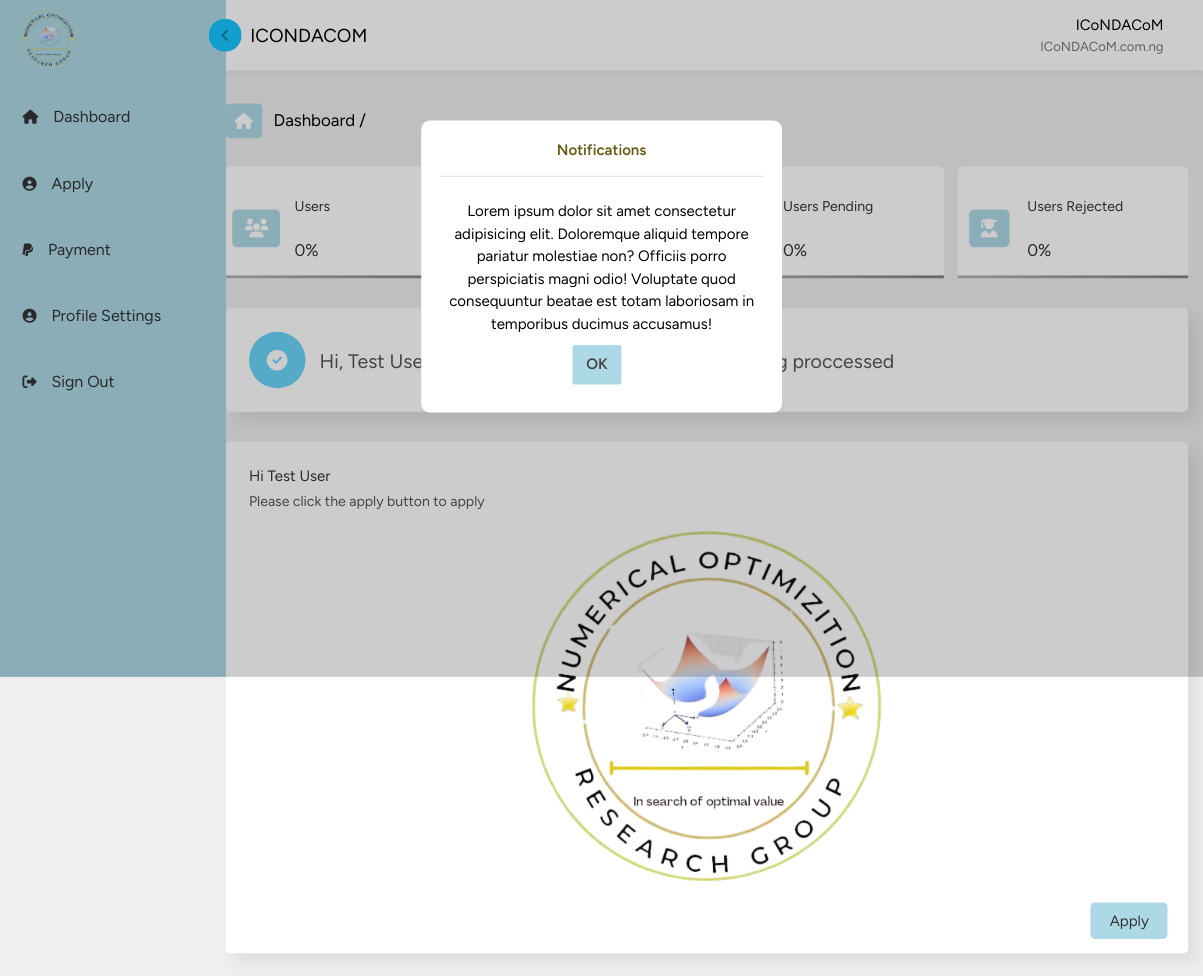
Repository: mrcode-gmb/aa-lectturn
Page: http://localhost/dashboard
The author's editor kept a copy of each file at every save. The page is drawn from the files as they stood at one save, then again after the next save.
The browser window is 1280 px wide. The pictures show the whole page, at 94% of full size.
The page is served by the project's Laravel application, run on PHP 8.4 with Laravel 10. A made-up administrator, Test User (test@example.com), is signed in. Other server files are loaded and not shown. Queries for data that is not in the repository find no rows.

Above is the page before, as saved 2025-02-07 10:19:00.
Console error: SyntaxError: Unexpected token ')'

### routes/web.php
<?php

use App\Models\User;
use Illuminate\Support\Facades\Mail;
use Illuminate\Support\Facades\Route;
use App\Http\Controllers\ProfileController;
use App\Http\Controllers\ApplyCompetationController;

/*
|--------------------------------------------------------------------------
| Web Routes
|--------------------------------------------------------------------------
|
| Here is where you can register web routes for your application. These
| routes are loaded by the RouteServiceProvider and all of them will
| be assigned to the "web" middleware group. Make something great!
|
*/

Route::get('/', function () {
    return view('welcome');
});

Route::get('/dashboard', function () {
    return view('dashboard',
    [
        "allUsers" => User::where("role",2)->count(),
        "allPendingUsers" => User::where("status",1)->count(),
        "allApprovedUsers" => User::where("status",2)->count(),
        "allRejectedUsers" => User::where("status",3)->count(),
    ]);
})->middleware(['auth', 'verified'])->name('dashboard');

Route::middleware('auth')->group(function () {
    Route::get('/profile', [ProfileController::class, 'edit'])->name('profile.edit');
    Route::patch('/profile', [ProfileController::class, 'update'])->name('profile.update');
    Route::delete('/profile', [ProfileController::class, 'destroy'])->name('profile.destroy');

    Route::controller(ApplyCompetationController::class)->group(function () {
        Route::get("/apply", "index")->name("apply");
        Route::get("/users/applied", "showAppliedUsers")->name("apply.showAppliedUsers");
        Route::get("/users/payment/histories", "showPaymentHistories")->name("apply.showPaymentHistories");
        Route::get("/users/all", "showAlldUsers")->name("all.showAppliedUsers");
        Route::post("apply/store", "store")->name("apply.store");
        Route::post("apply/update", "update")->name("apply.update");
        Route::post("apply/payment-status", "paymentStatus")->name("apply.paymentStatus");
        Route::get("/payment/user", "userPayment")->name("userPayment");
        Route::post("/payment/payment", "userPaymentPayment")->name("userPaymentPayment");
    });
});

require __DIR__ . '/auth.php';

### app/Models/User.php
<?php

namespace App\Models;

// use Illuminate\Contracts\Auth\MustVerifyEmail;
use Illuminate\Database\Eloquent\Factories\HasFactory;
use Illuminate\Foundation\Auth\User as Authenticatable;
use Illuminate\Notifications\Notifiable;
use Laravel\Sanctum\HasApiTokens;

class User extends Authenticatable
{
    use HasApiTokens, HasFactory, Notifiable;

    /**
     * The attributes that are mass assignable.
     *
     * @var array<int, string>
     */
    protected $fillable = [
        'name',
        'email',
        "status",
        'password',
    ];

    /**
     * The attributes that should be hidden for serialization.
     *
     * @var array<int, string>
     */
    protected $hidden = [
        'password',
        'remember_token',
    ];

    /**
     * The attributes that should be cast.
     *
     * @var array<string, string>
     */
    protected $casts = [
        'email_verified_at' => 'datetime',
        'password' => 'hashed',
    ];

    public function userApplied()
    {
        return $this->hasOne(ApplyCompetation::class);
    }
    public function payment()
    {
        return $this->hasOne(Payment::class);
    }
}

### resources/views/dashboard.blade.php
<x-app-layout>
    <div>
        <section id="mainbody">
            <div class="main-body">
                <div class="str">
                    <div class="str-home">
                        <i class="fa fa-home"></i>
                        <div class="db">
                            <h4>Dashboard / &nbsp;</h4>
                            <p></p>
                        </div>
                    </div>
                </div>
                <div>
                    <div class="tabs" id="tabls">
                        <div class="">
                            <div class="container-fluiding">
                                <div class="col-md-3">
                                    <div class="icon-flex">
                                        <div class="left">
                                            <i class="fa fa-users"></i>
                                        </div>
                                        <div class="right">
                                            <h4>Users</h4>
                                            <p class="percent" id="percent">0%</p>
                                        </div>
                                    </div>
                                    <div class="loader">
                                        <div class="shows" id="shows"></div>
                                    </div>
                                </div>
                                <div class="col-md-3">
                                    <div class="icon-flex">
                                        <div class="left">
                                            <i class="fa fa-hand-point-right"></i>
                                        </div>
                                        <div class="right">
                                            <h4>Users Approved</h4>
                                            <p class="percent" id="percent1">0%</p>
                                        </div>
                                    </div>
                                    <div class="loader">
                                        <div class="shows" id="shows1"></div>
                                    </div>
                                </div>
                                <div class="col-md-3">
                                    <div class="icon-flex">
                                        <div class="left">
                                            <i class="fa fa-money-check-alt"></i>
                                        </div>
                                        <div class="right">
                                            <h4>Users Pending</h4>
                                            <p class="percent" id="percent2">0%</p>
                                        </div>
                                    </div>
                                    <div class="loader">
                                        <div class="shows" id="shows2"></div>
                                    </div>
                                </div>
                                <div class="col-md-3">
                                    <div class="icon-flex">
                                        <div class="left">
                                            <i class="fa fa-user-graduate"></i>
                                        </div>
                                        <div class="right">
                                            <h4>Users Rejected</h4>
                                            <p class="percent" id="percent3">0%</p>
                                        </div>
                                    </div>
                                    <div class="loader">
                                        <div class="shows" id="shows3"></div>
                                    </div>
                                </div>
                            </div>
                        </div>
                        <x-auth-session-status class="mb-4" :status="session('status')" />
                        @if (Auth::user()->status != 0)
                            @if (Auth::user()->status == 1)
                                <div class="full-chart">
                                    <div class="chart-title flex-class">
                                        <div class="circle-pending">
                                            <i class="fa fa-check-circle"></i>
                                        </div>
                                        <div class="circle-text">
                                            <p>Hi, {{ Auth::user()->name }}, Congratulation your application is being
                                                proccessed </p>
                                        </div>
                                    </div>
                                </div>
                            @elseif (Auth::user()->status == 2)
                                <div class="full-chart">
                                    <div class="chart-title flex-class">
                                        <div class="circle-success">
                                            <i class="fa fa-check-circle"></i>
                                        </div>
                                        <div class="circle-text">
                                            <p>Hi, {{ Auth::user()->name }}, Congratulation your application has been
                                                approved.
                                            </p>
                                        </div>
                                    </div>
                                </div>
                            @elseif (Auth::user()->status == 3)
                                <div class="full-chart">
                                    <div class="chart-title flex-class">
                                        <div class="circle-rejected">
                                            <i class="fa fa-check-circle"></i>
                                        </div>
                                        <div class="circle-text">
                                            <p>Hi, {{ Auth::user()->name }}, Sorry your application cannot be
                                                considered.
                                            </p>
                                        </div>
                                    </div>
                                </div>
                            @else
                            @endif
                        @endif
                    </div>
                </div>

                @if (Auth::user()->role == 1)
                    <div>
                        <div class="tabs" id="tabls">
                            <div class="full-chart">
                                <div class="chart-title">
                                    <h3>Hi {{ Auth::user()->name }} (Super Admin)</h3>
                                    <p>Please click the manage users button to view, approved, or reject user who apply
                                    </p>
                                </div>
                                <div class="dont-have">
                                    <img src="{{ asset('asset/photos/WhatsApp_Image_2024-10-23_at_8.20.45_PM-removebg-preview.png') }}"
                                        alt="">
                                </div>
                                <div class="create-app">
                                    <a href="apply">
                                        Manage Users
                                    </a>
                                </div>
                            </div>
                            <br>
                        </div>
                    </div>
                @else
                    <div>
                        <div class="tabs" id="tabls">
                            <div class="full-chart">
                                <div class="chart-title">
                                    <h3>Hi {{ Auth::user()->name }}</h3>
                                    <p>Please click the apply button to apply</p>
                                </div>
                                <div class="dont-have">
                                    <img src="{{ asset('asset/photos/WhatsApp_Image_2024-10-23_at_8.20.45_PM-removebg-preview.png') }}"
                                        alt="">
                                </div>
                                <div class="create-app">
                                    <a href="apply">
                                        Apply
                                    </a>
                                </div>
                            </div>
                            <br>
                        </div>
                    </div>
                @endif
                <!-- end design dashboard content  -->
            </div>
        </section>
    </div>
    <div class="modal d-nones text-center font-bold" id="modal">
        <div class="modal-dialog">
            <div class="modal-head">
                <p><b>Notifications</b> </p>
            </div>
            <form class="modal-body">
                <p>
                    Lorem ipsum dolor sit amet consectetur adipisicing elit. Doloremque aliquid tempore pariatur molestiae non? Officiis porro perspiciatis magni odio! Voluptate quod consequuntur beatae est totam laboriosam in temporibus ducimus accusamus!
                </p>
                <div class="modal-footer text-center">
                    <button type="button" onclick="modalDismiss()">OK</button>
                </div>
            </form>
        </div>
    </div>
    <script>
        const modalDismiss = ()=>{
            document.querySelector("#modal").style.display = "none";
        }
        window.onclick = (e)=>{
            const modal = document.getElementById("modal")
            if(e.target == )
        }
        window.onload = () => {
            let loader = document.querySelector(".shows"),
                percent = document.querySelector("#percent");

            let loaderStart = 0,
                loaderEnd = {{ $allUsers < 1 ? 1 : $allUsers }},
                loaderTime = 60;

            let start = setInterval(() => {
                loaderStart++;

                percent.textContent = loaderStart + '+';
                loader.style.width = `${loaderStart}`;
                loader.style.background = `rgb(173, 216, 230)`;


                if (loaderStart == loaderEnd) {
                    clearInterval(start);
                }
            }, loaderTime);


            let loader1 = document.querySelector("#shows1"),
                percent1 = document.querySelector("#percent1");

            let loaderStart1 = 0,
                loaderEnd1 = {{ $allApprovedUsers < 1 ? 1 : $allApprovedUsers }},
                loaderTime1 = 60;

            let start1 = setInterval(() => {
                loaderStart1++;

                percent1.textContent = loaderStart1 + '+';
                loader1.style.width = `${loaderStart1}`;
                loader1.style.background = `rgb(173, 216, 230)`;


                if (loaderStart1 == loaderEnd1) {
                    clearInterval(start1);
                }
            }, loaderTime1);




            let loader2 = document.querySelector("#shows2"),
                percent2 = document.querySelector("#percent2");

            let loaderStart2 = 0,
                loaderEnd2 = {{ $allPendingUsers < 1 ? 1 : $allPendingUsers }},
                loaderTime2 = 60;

            let start2 = setInterval(() => {
                loaderStart2++;

                percent2.textContent = loaderStart2 + '+';
                loader2.style.width = `${loaderStart2}`;
                loader2.style.background = `rgb(173, 216, 230)`;


                if (loaderStart2 == loaderEnd2) {
                    clearInterval(start2);
                }
            }, loaderTime2);


            let loader3 = document.querySelector("#shows3"),
                percent3 = document.querySelector("#percent3");

            let loaderStart3 = 0,
                loaderEnd3 = {{ $allRejectedUsers < 1 ? 1 : $allRejectedUsers }},
                loaderTime3 = 60;

            let start3 = setInterval(() => {
                loaderStart3++;

                percent3.textContent = loaderStart3 + '+';
                loader3.style.width = `${loaderStart3}`;
                loader3.style.background = `rgb(173, 216, 230)`;


                if (loaderStart3 == loaderEnd3) {
                    clearInterval(start3);
                }
            }, loaderTime3);

        }
    </script>
</x-app-layout>

### resources/views/components/auth-session-status.blade.php
@props(['status'])

@if ($status)
    <div {{ $attributes->merge(['class' => 'font-medium text-sm text-green-600 dark:text-green-400 alert-success']) }}>
        <i class="fa fa-check-circle"></i>&nbsp;{{ $status }}
    </div>
@endif

### resources/views/layouts/navigation.blade.php
<div>
    <section id="sidebarandheader">
        <div class="main">
            <div class="header-sidebar">
                <header id="header">
                    <div class="header-flex">
                        <div class="header-left">
                            <h4>ICoNDACoM</h4>
                        </div>
                        <div class="header-right">
                            <h4>ICoNDACoM</h4>
                            <p>ICoNDACoM.com.ng</p>
                        </div>
                    </div>
                </header>

                <div class="header-mobile">
                    <div class="header-with">
                        <div class="mobile-header">
                            <img src="{{asset('asset/photos/WhatsApp_Image_2024-10-23_at_8.20.45_PM-removebg-preview.png')}}" alt="">
                            <p>ICoNDACoM</p>
                        </div>
                        <div class="mobile-menu mobile-margin" id="openmobilebar" onclick="openMobileMenu()">
                            <i class="fa fa-angle-right"></i>
                        </div>
                    </div>
                </div>

                <div class="navbar">
                    <div class="nav-right">
                        <div class="nav-top">
                            <div class="nav-brand">
                                <img src="{{ asset('asset/photos/WhatsApp_Image_2024-10-23_at_8.20.45_PM-removebg-preview.png') }}" alt="Logo" />
                            </div>
                            <div class="nav-open" id="closesidebar" onclick="toggleSidebar(false, event)">
                                <i class="fa fa-angle-left"></i>
                            </div>
                            <div class="nav-open" id="opensidebar" onclick="toggleSidebar(true, event)">
                                <i class="fa fa-angle-right"></i>
                            </div>
                            <div class="mobile-menu" id="closemobilebar" onclick="closeMobileMenu()">
                                <i class="fa fa-angle-left"></i>
                            </div>
                        </div>
                    </div>
                    <div class="navbar-nav">
                        <li>
                            <a href="{{ route('dashboard') }}">
                                <div class="link-hover">
                                    <i class="fa fa-home"></i>
                                    <span>Dashboard</span>
                                </div>
                            </a>
                        </li>
                        <div v-else-if="$page.props.auth.user.role == '2'">
                            @if (Auth::user()->role == 1)
                                <li>
                                    <a href="{{ route('all.showAppliedUsers') }}">
                                        <div class="link-hover">
                                            <i class="fa fa-users"></i>
                                            <span>All Users</span>
                                        </div>
                                    </a>
                                </li>
                                <li>
                                    <a href="{{ route('apply.showAppliedUsers') }}">
                                        <div class="link-hover">
                                            <i class="fa fa-users"></i>
                                            <span>Applicants</span>
                                        </div>
                                    </a>
                                </li>
                                <li>
                                    <a href="{{ route('apply.showPaymentHistories') }}">
                                        <div class="link-hover">
                                            <i class="fa fa-brands fa-paypal"></i>
                                            <span>Payment Records</span>
                                        </div>
                                    </a>
                                </li>
                            @else
                                <li>
                                    <a href="/apply">
                                        <div class="link-hover">
                                            <i class="fa fa-user-circle"></i>
                                            <span>Apply</span>
                                        </div>
                                    </a>
                                </li>
                                <li>
                                    <a href="{{route('userPayment')}}">
                                        <div class="link-hover">
                                            <i class="fa fa-brands fa-paypal"></i>
                                            <span>Payment</span>
                                        </div>
                                    </a>
                                </li>
                            @endif
                            <li>
                                <a href="{{ route('profile.edit') }}">
                                    <div class="link-hover">
                                        <i class="fa fa-user-circle"></i>
                                        <span>Profile Settings</span>
                                    </div>
                                </a>
                            </li>
                        </div>
                        <li>
                            <form method="POST" action="{{ route('logout') }}">
                                @csrf

                                <a href="{{ route('logout') }}"
                                    onclick="event.preventDefault();
                                        this.closest('form').submit();">
                                    <div class="link-hover">
                                        <i class="fa fa-sign-out-alt"></i>
                                        <span>Sign Out</span>

                                    </div>
                                </a>
                            </form>
                        </li>
                    </div>
                </div>
            </div>
        </div>
    </section>
</div>

Loaded but not shown: routes/auth.php (common file); app/Http/Controllers/Auth/EmailVerificationPromptController.php (common file); app/Http/Controllers/Controller.php (common file); app/Http/Controllers/Auth/VerifyEmailController.php (common file); app/View/Components/AppLayout.php (common file); public/asset/fontawesome-free/css/all.min.css (library); public/asset/fontawesome-free/css/all.css (library); public/asset/styles.css (1619 lines, source omitted); public/asset/form.css (503 lines, source omitted); resources/views/layouts/app.blade.php (123 lines, source omitted)

After the next save:
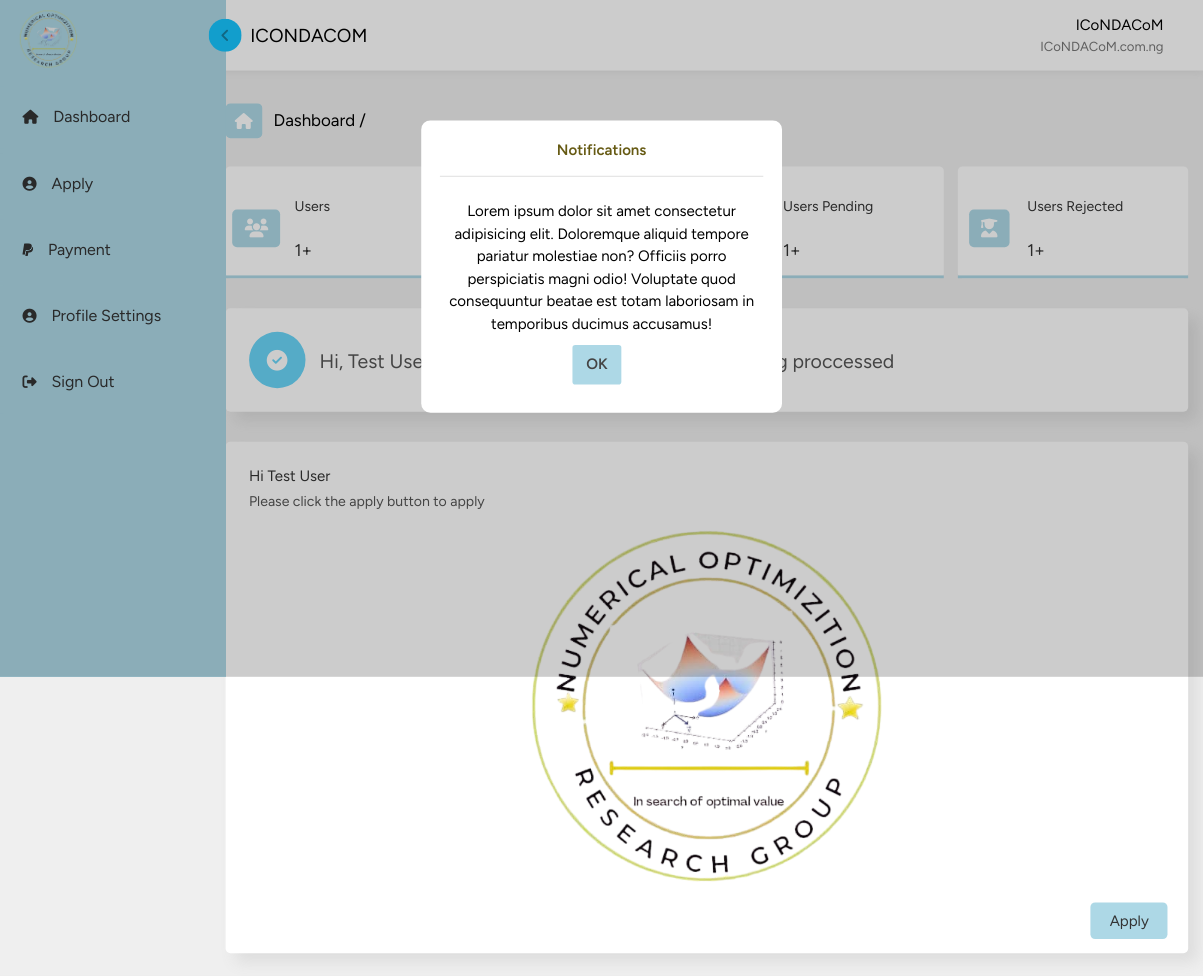
The error is gone.
Saved 7 s later.
--- a/resources/views/dashboard.blade.php
+++ b/resources/views/dashboard.blade.php
@@ -188,7 +188,9 @@
         }
         window.onclick = (e)=>{
             const modal = document.getElementById("modal")
-            if(e.target == )
+            if(e.target == modal){
+                alert()
+            }
         }
         window.onload = () => {
             let loader = document.querySelector(".shows"),
